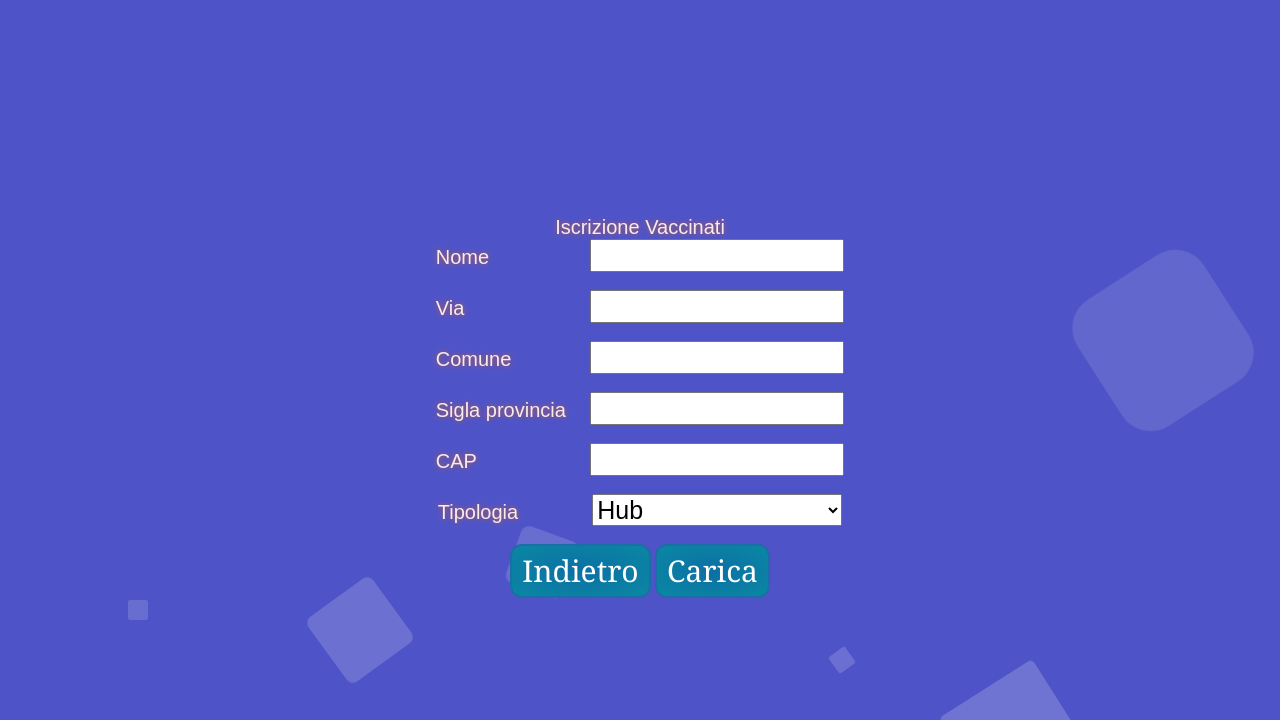
Repository: Jok98/CentriVaccinaliWebApp
Page: http://localhost/CentriVaccinaliOperatori/iscrizionevaccinato.jsp
These files come from the project's save history. The page is drawn as it stood at one moment and after the next save; the edit follows.
The browser window is 1280 px wide. The pictures show the whole page.
Some web fonts or font styles are not loaded; a fallback is used. The page is served by Tomcat 9.

Above is the page before, as saved 2022-09-24 17:28:00.

### CentriVaccinaliOperatori/src/main/webapp/iscrizionevaccinato.jsp
<%@ page language="java" contentType="text/html; charset=ISO-8859-1"
    pageEncoding="ISO-8859-1"%>
<!DOCTYPE html>
<html>
<head>
<meta charset="ISO-8859-1">
<link rel="stylesheet" href="css/form.css">
<link rel="stylesheet" href="css/background.css">
<title>Iscrizione Vaccinati</title>
</head>
<body>
	<div class="area">
		<ul class="circles">
			<li></li>
			<li></li>
			<li></li>
			<li></li>
			<li></li>
			<li></li>
			<li></li>
			<li></li>
			<li></li>
			<li></li>
		</ul>
	</div>
	<div class="context" align="center" >
		<form action="" >
		<a class="text">Iscrizione Vaccinati</a>
		<br>
		<label class="label" class="button"  for="nomeCenvax" >Nome </label>
		<input class="input" type="text" id="nomecenvax" name="nomecenvax">
		<br><br>
		<label class="label" for="viaCenvax">Via </label>
		<input class="input" type="text" id="viaCenvax" name="viaCenvax">
		<br><br>
		<label class="label" for="comuneCenvax">Comune </label>
		<input class="input" type="text" id="viaCenvax" name="viaCenvax">
		<br><br>
		<label class="label" for="sigprovCenvax">Sigla provincia </label>
		<input class="input" type="text" id="sigprovCenvax" name="sigprovCenvax">
		<br><br>
		<label class="label" for="capCenvax">CAP </label>
		<input class="input" type="text" id="capCenvax" name="capCenvax">
		<br><br>
		<label class="label" for="tipoCenvax">Tipologia </label>
		<select class="input" name="tipoCenvax" id="tipoCenvax">
			<option value="Hub">Hub</option>
			<option value="Azienda">Azienda</option>
			<option value="Ospedale">Ospedale</option>
		</select>
		<br><br>
		<a class="button" type="submit" href="index.jsp"  >Indietro</a>
		<button class="button" type="submit">Carica</button>

		</form>
	</div>

</body>
</html>

### CentriVaccinaliOperatori/src/main/webapp/css/form.css
@charset "ISO-8859-1";

/* bottoni */
.button {
	color: rgb(255, 255, 255);
	font-size: 30px;
	line-height: 30px;
	padding: 10px;
	border-radius: 12px;
	font-family: Georgia, serif;
	font-weight: normal;
	text-decoration: none;
	font-style: normal;
	font-variant: normal;
	text-transform: none;
	background-image: radial-gradient(at center center, rgb(12, 111, 164) 0%,
		rgb(10, 136, 164) 100%, rgb(12, 111, 164) 100%);
	box-shadow: rgba(0, 0, 0, 0) 81px -57px 0px 0px;
	border: 2px solid rgb(28, 110, 164);
	display: inline-block;
}

.button:hover {
	background: #80c3ff;
}

.button:active {
	background: #1ca4ff;
}

.text{
	font-size: 20px;
	text-shadow: 0px 0px 5px #CE5937;
	color: #EFEFEF;

}

.label {
	display: inline-block;
	width:150px;
	text-align: left;
	font-size: 20px;
	text-shadow: 0px 0px 5px #CE5937;
	color: #EFEFEF;

}

.input {
	width:250px;
	font-size: 25px;
}

### CentriVaccinaliOperatori/src/main/webapp/css/background.css
@charset "ISO-8859-1";
@import url('https://fonts.googleapis.com/css?family=Exo:400,700');

*{
    margin: 0px;
    padding: 0px;
}

html{
    font-family: 'Exo', sans-serif;

}


.context {
    width: 100%;
    position: absolute;
    top:30vh;

}

.context h1{
    text-align: center;
    color: #fff;
    font-size: 50px;
}


.area{
    background: #4e54c8;
    background: -webkit-linear-gradient(to left, #8f94fb, #4e54c8);
    width: 100%;
    height:100vh;


}

.circles{
    position: absolute;
    top: 0;
    left: 0;
    width: 100%;
    height: 100%;
    overflow: hidden;
}

.circles li{
    position: absolute;
    display: block;
    list-style: none;
    width: 20px;
    height: 20px;
    background: rgba(255, 255, 255, 0.2);
    animation: animate 25s linear infinite;
    bottom: -150px;

}

.circles li:nth-child(1){
    left: 25%;
    width: 80px;
    height: 80px;
    animation-delay: 0s;
}


.circles li:nth-child(2){
    left: 10%;
    width: 20px;
    height: 20px;
    animation-delay: 2s;
    animation-duration: 12s;
}

.circles li:nth-child(3){
    left: 70%;
    width: 20px;
    height: 20px;
    animation-delay: 4s;
}

.circles li:nth-child(4){
    left: 40%;
    width: 60px;
    height: 60px;
    animation-delay: 0s;
    animation-duration: 18s;
}

.circles li:nth-child(5){
    left: 65%;
    width: 20px;
    height: 20px;
    animation-delay: 0s;
}

.circles li:nth-child(6){
    left: 75%;
    width: 110px;
    height: 110px;
    animation-delay: 3s;
}

.circles li:nth-child(7){
    left: 35%;
    width: 150px;
    height: 150px;
    animation-delay: 7s;
}

.circles li:nth-child(8){
    left: 50%;
    width: 25px;
    height: 25px;
    animation-delay: 15s;
    animation-duration: 45s;
}

.circles li:nth-child(9){
    left: 20%;
    width: 15px;
    height: 15px;
    animation-delay: 2s;
    animation-duration: 35s;
}

.circles li:nth-child(10){
    left: 85%;
    width: 150px;
    height: 150px;
    animation-delay: 0s;
    animation-duration: 11s;
}



@keyframes animate {

    0%{
        transform: translateY(0) rotate(0deg);
        opacity: 1;
        border-radius: 0;
    }

    100%{
        transform: translateY(-1000px) rotate(720deg);
        opacity: 0;
        border-radius: 50%;
    }

}

After the next save:
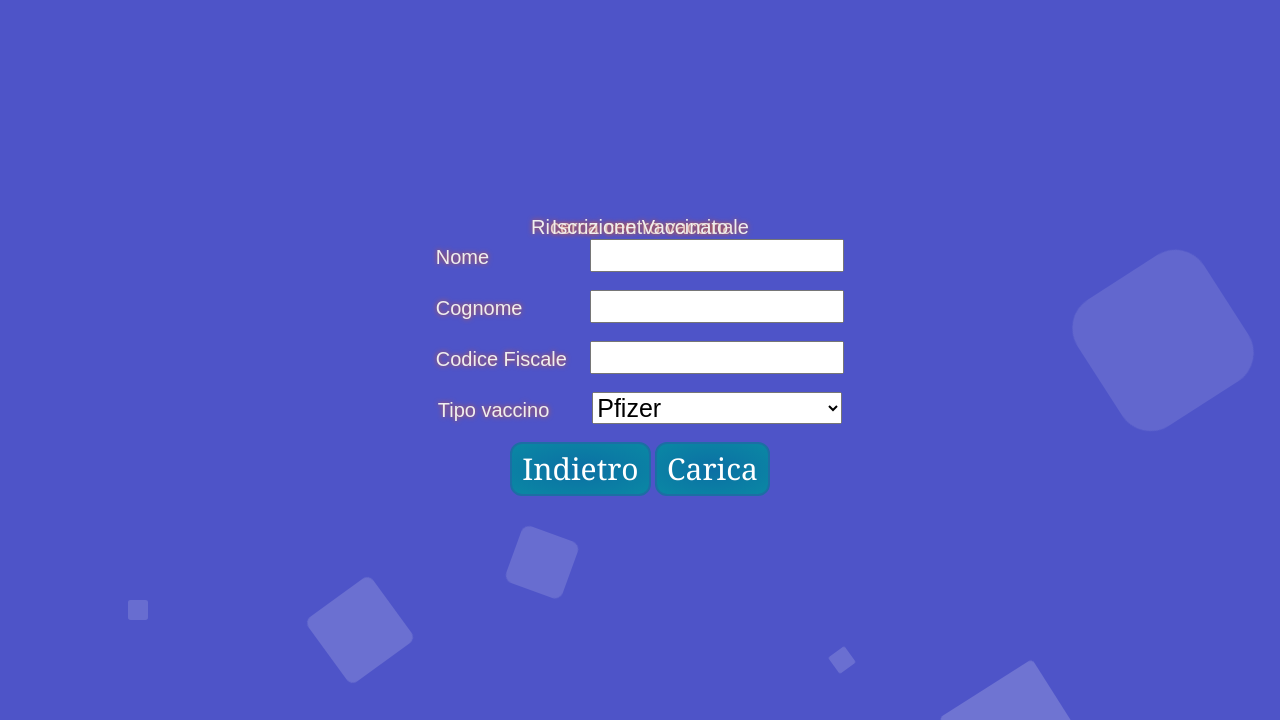
Saved 14 min 16 s later.
--- a/CentriVaccinaliOperatori/src/main/webapp/iscrizionevaccinato.jsp
+++ b/CentriVaccinaliOperatori/src/main/webapp/iscrizionevaccinato.jsp
@@ -23,30 +23,30 @@
 			<li></li>
 		</ul>
 	</div>
+		<div class="context" align="center" >
+		<form action="" >
+		<a class="text">Ricerca centro vaccinale</a>
+		<br>
+	</form>
+	</div>
 	<div class="context" align="center" >
 		<form action="" >
-		<a class="text">Iscrizione Vaccinati</a>
+		<a class="text">Iscrizione Vaccinato</a>
 		<br>
-		<label class="label" class="button"  for="nomeCenvax" >Nome </label>
-		<input class="input" type="text" id="nomecenvax" name="nomecenvax">
+		<label class="label" class="button"  for="nomeVacc" >Nome </label>
+		<input class="input" type="text" id="nomeVacc" name="nomeVacc">
 		<br><br>
-		<label class="label" for="viaCenvax">Via </label>
-		<input class="input" type="text" id="viaCenvax" name="viaCenvax">
+		<label class="label" for="cognomeVacc">Cognome </label>
+		<input class="input" type="text" id="cognomeVacc" name="cognomeVacc">
 		<br><br>
-		<label class="label" for="comuneCenvax">Comune </label>
-		<input class="input" type="text" id="viaCenvax" name="viaCenvax">
+		<label class="label" for="codfisVacc">Codice Fiscale </label>
+		<input class="input" type="text" id="codfisVacc" name="codfisVacc">
 		<br><br>
-		<label class="label" for="sigprovCenvax">Sigla provincia </label>
-		<input class="input" type="text" id="sigprovCenvax" name="sigprovCenvax">
-		<br><br>
-		<label class="label" for="capCenvax">CAP </label>
-		<input class="input" type="text" id="capCenvax" name="capCenvax">
-		<br><br>
-		<label class="label" for="tipoCenvax">Tipologia </label>
+		<label class="label" for="tipoCenvax">Tipo vaccino </label>
 		<select class="input" name="tipoCenvax" id="tipoCenvax">
-			<option value="Hub">Hub</option>
-			<option value="Azienda">Azienda</option>
-			<option value="Ospedale">Ospedale</option>
+			<option value="Hub">Pfizer</option>
+			<option value="Azienda">Moderna</option>
+			<option value="Ospedale">Astrazeneca</option>
 		</select>
 		<br><br>
 		<a class="button" type="submit" href="index.jsp"  >Indietro</a>
